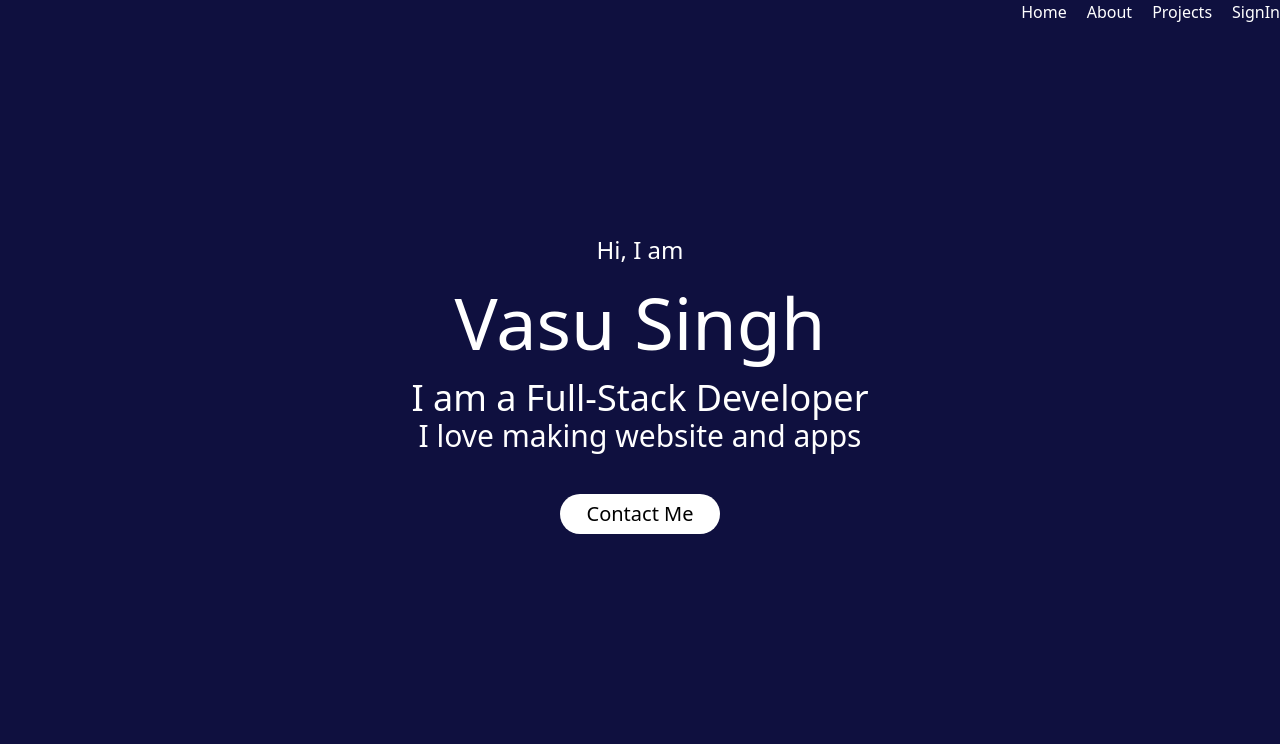
Repository: vasucp1207/vasuDev
Page: /
An editor plug-in stored every save of this project. The page is shown before and after a run of saves, followed by the edit.
The browser window is 1280 px wide. The pictures show the whole page.
The project was rebuilt for these pictures with package versions that can differ from the ones it lists, and the page was loaded fresh each time. The framework's server and built-in components were replaced by stand-ins that run in the browser. Also part of the build but not shown: next.config.js.

Above is the page before, as saved 2022-07-17 23:09:53.

### pages/index.tsx
import type { NextPage } from 'next'
import Head from 'next/head'
import Hero from './Hero'
import Navbar from './Navbar'

const Home: NextPage = () => {
  return (
    <div className="p-0 m-0 bg-darkB text-white">
      <Head>
        <title>Create Next App</title>
      </Head>

      <Navbar />
      <Hero />
    </div>
  )
}

export default Home

### pages/Hero.tsx
import React from 'react'

function Hero() {
  return (
    <div className='h-screen bg-darkB'>
        <div className='text-white flex flex-col justify-center items-center h-screen'>
            <p className='text-2xl'>Hi, I am</p>
            <h1 className='mt-5 text-7xl'>Vasu Singh</h1>
            <h3 className='mt-5 text-4xl'>I am a Full-Stack Developer</h3>
            <h4 className='text-3xl'>I love making website and apps</h4>
            <button className='hover:text-white transition-all 200 hover:bg-green-400 mt-10 bg-white text-black h-10 w-40 outline-none rounded-full text-xl'>Contact Me</button>
        </div>
    </div>
  )
}

export default Hero

### pages/Navbar.tsx
import React from 'react'

function Navbar() {
  return (
    <div className='bg-transparent flex justify-end'>
        <div className='flex space-x-5 tex'>
            <p>Home</p>
            <p>About</p>
            <p>Projects</p>
            <p>SignIn</p>
        </div>
    </div>
  )
}

export default Navbar

### tailwind.config.js
/** @type {import('tailwindcss').Config} */
module.exports = {
  content: [
    './pages/**/*.{js,ts,jsx,tsx}',
    './components/**/*.{js,ts,jsx,tsx}',
  ],
  theme: {
    extend: {
      colors: {
        darkB: 'rgba(15, 16, 63, 1)'
      }
    },
  },
  plugins: [],
}

Loaded but not shown: pages/_app.tsx (common file); styles/globals.css (common file)

After the next 2 saves:
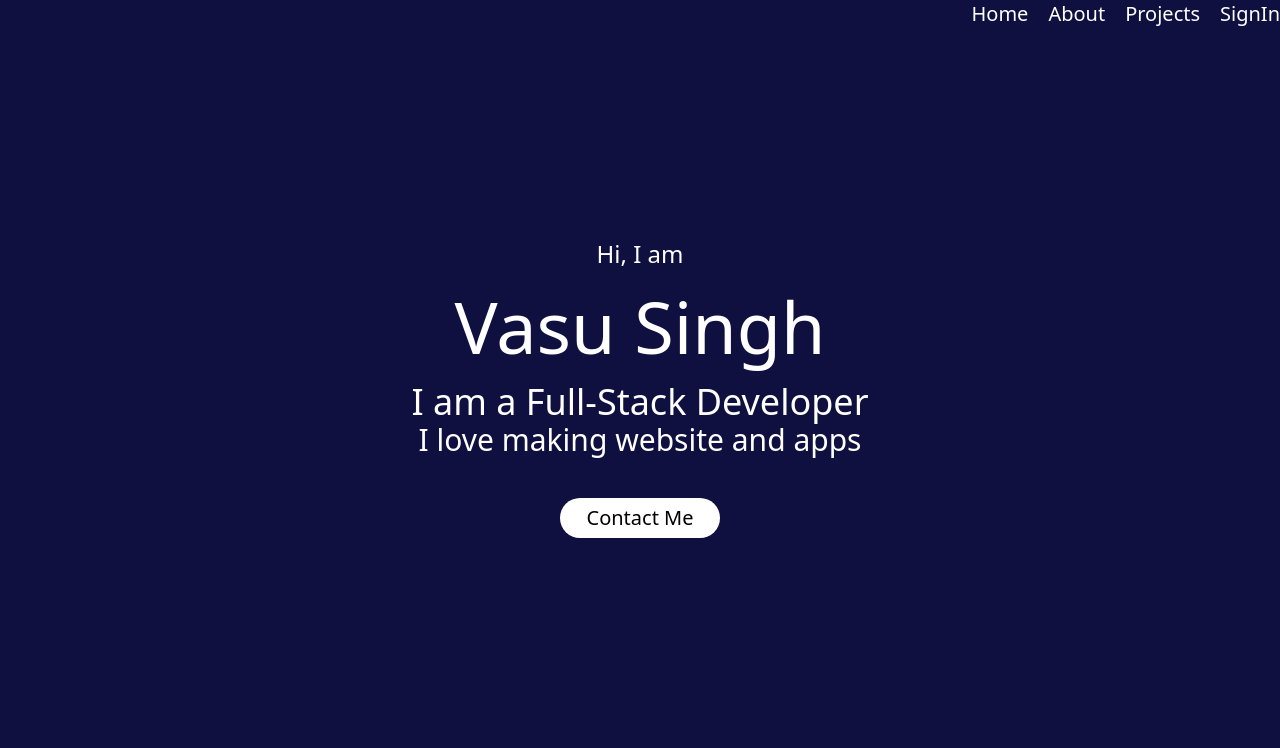
The 2 saves are shown as one change because they came seconds apart.
The last was saved 7 s later.
--- a/pages/Navbar.tsx
+++ b/pages/Navbar.tsx
@@ -3,7 +3,7 @@ import React from 'react'
 function Navbar() {
   return (
     <div className='bg-transparent flex justify-end'>
-        <div className='flex space-x-5 tex'>
+        <div className='flex space-x-5 text-xl'>
             <p>Home</p>
             <p>About</p>
             <p>Projects</p>
